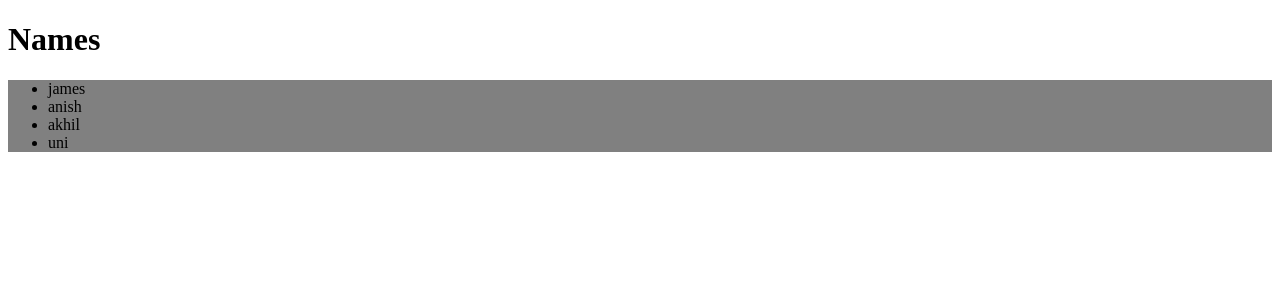
Repository: anish9914/phpprojectgh
Page: http://localhost/names.php
An editor plug-in stored every save of this project. The page is shown before and after a run of saves, followed by the edit.
The browser window is 1280 px wide. The pictures show the whole page.
The page is run by PHP 8.4 with error messages shown; the project is at /var/www/html/.

Above is the page before, as saved 2022-12-14 12:56:27.

After the next 4 saves:
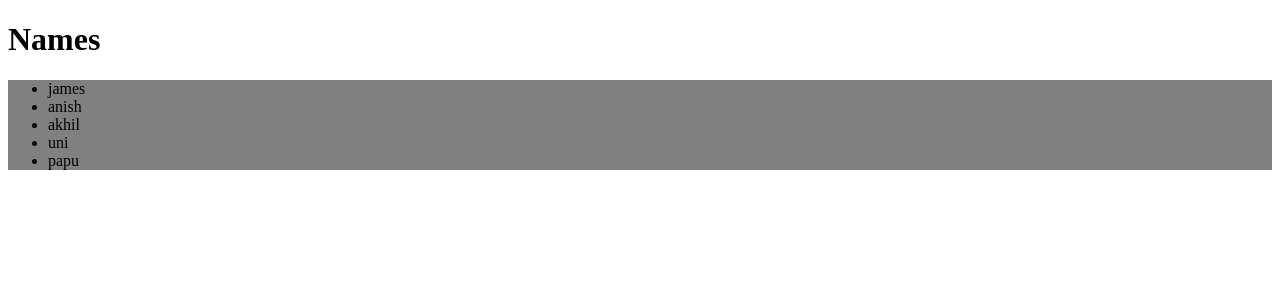
The 4 saves are shown as one change because they came seconds apart.
The last was saved 13 s later.
--- a/names.php
+++ b/names.php
@@ -1,5 +1,5 @@
 <?php
-$names=['james','anish', 'akhil','uni',];
+$names=['james','anish', 'akhil','uni','papu'];
 ?>
 
 
